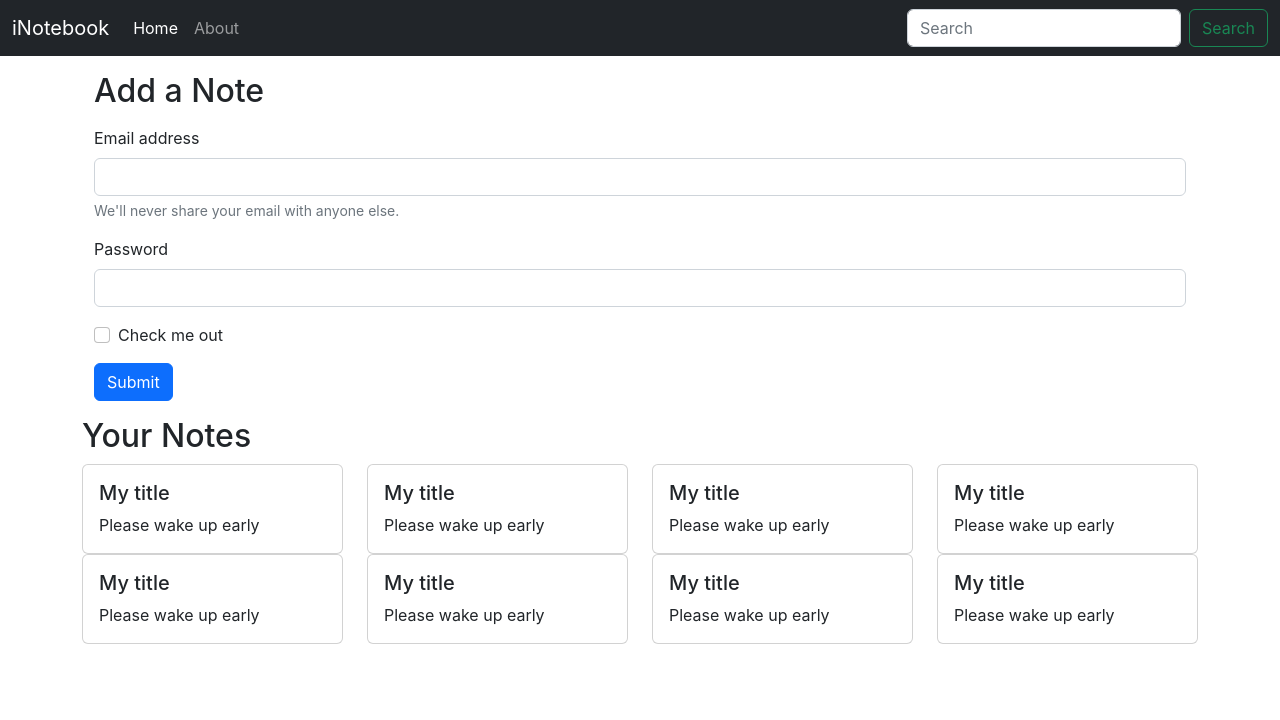
Repository: SatishPatil108/iNotebook-React
Page: /
An editor plug-in stored every save of this project. The page is shown before and after the next save, followed by the edit.
The browser window is 1280 px wide. The pictures show the whole page.
The project was rebuilt for these pictures with package versions that can differ from the ones it lists, and the page was loaded fresh each time. Also part of the build but not shown: src/App.css, src/components/About.js.

Above is the page before, as saved 2022-07-24 18:15:47.

After the next save:
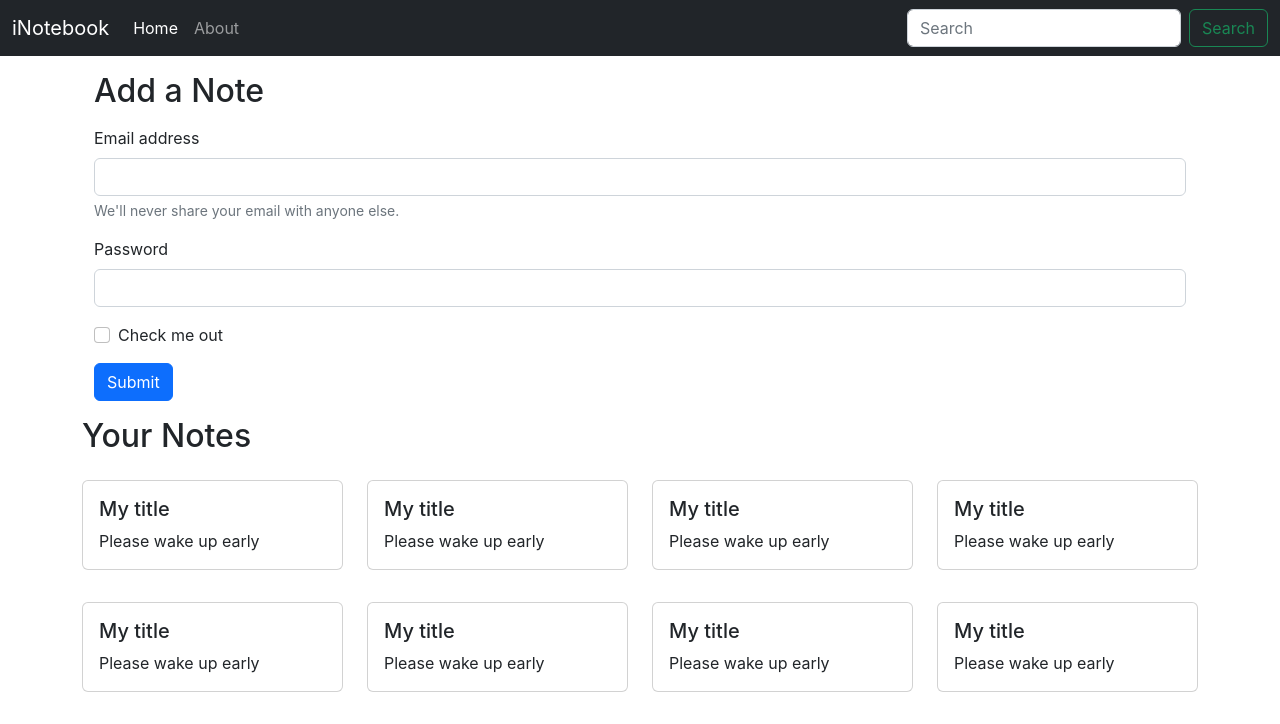
Saved 31 s later.
--- a/src/components/Noteitem.js
+++ b/src/components/Noteitem.js
@@ -4,7 +4,7 @@
     const { note } = props;
     return (
         <div className='col-md-3'>
-            <div class="card">
+            <div class="card my-3">
                 <div class="card-body">
                     <h5 class="card-title">{note.title}</h5>
                     <p class="card-text">{note.description}</p>
